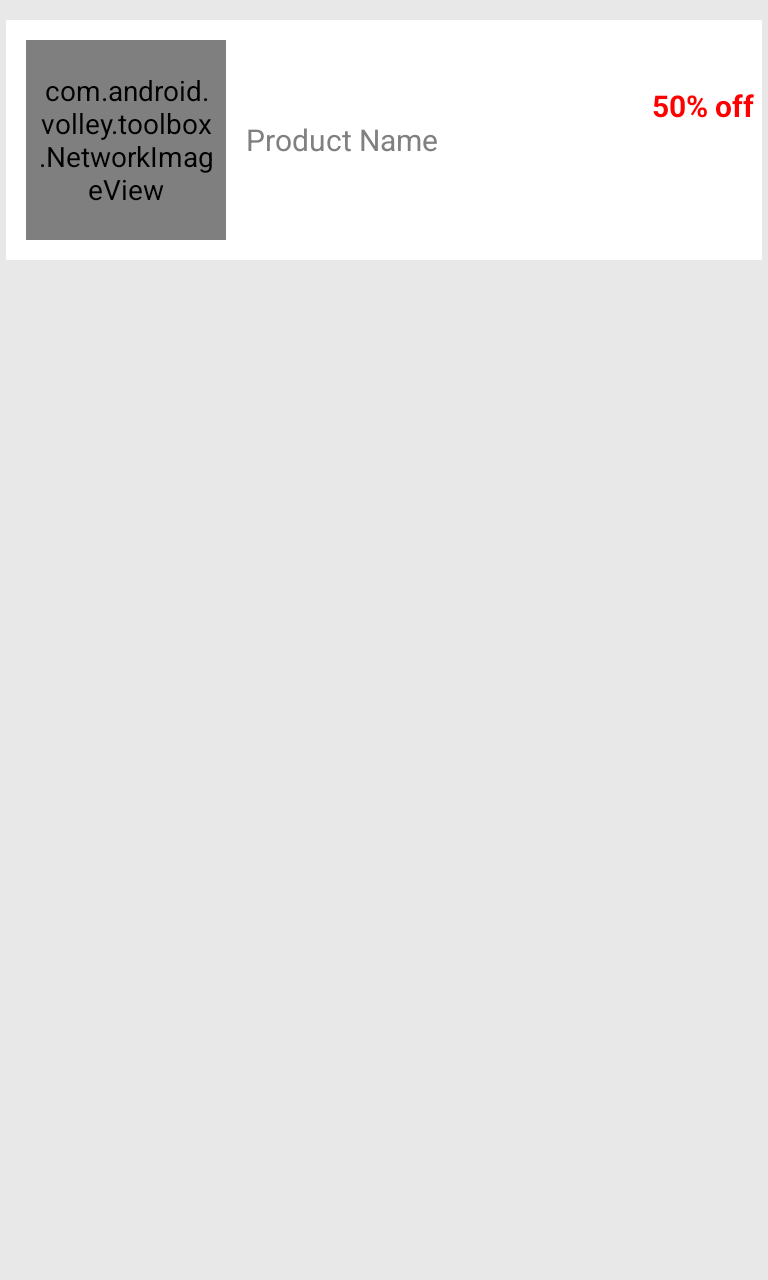
Repository: thisisdemo333/BigDiscount
Layout: BigDiscounts/res/layout/view_lv_search_list.xml
The author's editor kept a copy of each file at every save. The layout is drawn from the files as they stood at one save, then again after the next save.
Pictures or frames that could not be fetched are drawn as grey boxes. It is drawn on a 768 x 1280 px phone screen (xhdpi) without system bars, with theme AppTheme; the app's code is not run.

Above is the layout before, as saved 2015-05-10 16:27:56.

### BigDiscounts/res/layout/view_lv_search_list.xml
<?xml version="1.0" encoding="utf-8"?>
<LinearLayout xmlns:android="http://schemas.android.com/apk/res/android"
    android:layout_width="match_parent"
    android:layout_height="wrap_content"
    android:background="@color/gray_light"
    android:orientation="vertical" >

    <RelativeLayout
        android:id="@+id/relativeLayout"
        android:layout_width="match_parent"
        android:layout_height="wrap_content"
        android:layout_centerVertical="true"
        android:layout_marginBottom="@dimen/margin_3dp"
        android:layout_marginLeft="@dimen/margin_3dp"
        android:layout_marginRight="@dimen/margin_3dp"
        android:layout_marginTop="@dimen/margin_10dp"
        android:background="@color/white" >

        <RelativeLayout
            android:id="@+id/image_loader"
            android:layout_width="wrap_content"
            android:layout_height="wrap_content" >

            <ProgressBar
                android:layout_width="wrap_content"
                android:layout_height="wrap_content"
                android:layout_centerInParent="true" />

            <com.android.volley.toolbox.NetworkImageView
                android:id="@+id/iv_product_image"
                android:layout_width="@dimen/dimen_search_item_image"
                android:layout_height="@dimen/dimen_search_item_image"
                android:layout_margin="@dimen/margin_10dp"
                android:layout_marginLeft="@dimen/margin_10dp"
                android:focusable="false"
                android:focusableInTouchMode="false"
                android:padding="@dimen/margin_5dp"
                android:scaleType="fitXY" />
        </RelativeLayout>

        <TextView
            android:id="@+id/tv_product_name"
            android:layout_width="wrap_content"
            android:layout_height="wrap_content"
            android:layout_marginTop="@dimen/margin_10dp"
            android:layout_toRightOf="@+id/image_loader"
            android:text="Product Name"
            android:textColor="@color/gray"
            android:textSize="@dimen/medium_text_size"
            android:layout_centerVertical="true" />

        <!-- <TextView -->
        <!-- android:id="@+id/tv_product_selling_prise" -->
        <!-- android:layout_width="wrap_content" -->
        <!-- android:layout_height="wrap_content" -->
        <!-- android:layout_below="@+id/tv_product_name" -->
        <!-- android:layout_toRightOf="@+id/image_loader" -->
        <!-- android:text="Rs 2000.00/-" -->
        <!-- android:textColor="@color/gray" -->
        <!-- android:textSize="@dimen/medium_text_size" /> -->


        <!-- <TextView -->
        <!-- android:id="@+id/tv_product_mrp" -->
        <!-- android:layout_width="wrap_content" -->
        <!-- android:layout_height="wrap_content" -->
        <!-- android:layout_below="@+id/tv_product_selling_prise" -->
        <!-- android:layout_toRightOf="@+id/image_loader" -->
        <!-- android:text="50000.00/-" -->
        <!-- android:textColor="@color/gray" -->
        <!-- android:textSize="@dimen/medium_text_size" /> -->

        <TextView
            android:id="@+id/tv_product_offer"
            android:layout_width="wrap_content"
            android:layout_height="wrap_content"
            android:layout_alignParentRight="true"
            android:layout_below="@+id/tv_product_name"
            android:layout_marginRight="@dimen/margin_2dp"
            android:gravity="right"
            android:padding="@dimen/padding_2dp"
            android:text="50% off"
            android:textColor="@color/red"
            android:textSize="@dimen/medium_text_size"
            android:textStyle="bold" />
    </RelativeLayout>

</LinearLayout>

### BigDiscounts/res/values/styles.xml
<resources xmlns:android="http://schemas.android.com/apk/res/android">

    <!--
        Base application theme, dependent on API level. This theme is replaced
        by AppBaseTheme from res/values-vXX/styles.xml on newer devices.


    -->
    <style name="AppBaseTheme" parent="android:Theme.Light">
        <!--
            Theme customizations available in newer API levels can go in
            res/values-vXX/styles.xml, while customizations related to
            backward-compatibility can go here.


        -->
    </style>

    <!-- Application theme. -->
    <style name="AppTheme" parent="AppBaseTheme">

        <!-- All customizations that are NOT specific to a particular API-level can go here. -->
        <item name="android:actionBarStyle">@style/MyActionBar</item>
    </style>

    <!-- Action bar theme. -->
    <style name="MyActionBar" parent="@android:style/Widget.Holo.Light.ActionBar">
        <item name="android:background">@color/RoyalBlue</item>
        <item name="android:titleTextStyle">@style/AppTitle</item>
    </style>

    <!-- App title theme -->
    <style name="AppTitle" parent="@android:style/TextAppearance.Holo.Widget.ActionBar.Title">
        <item name="android:textColor">@color/white</item>
    </style>

</resources>

### BigDiscounts/res/values/colors.xml
<?xml version="1.0" encoding="utf-8"?>
<resources>

    <color name="background">#135493</color>
    <color name="login_color">#d34836</color>
    <color name="actionBar">#2F8DE4</color>
    <color name="white_smoke">#F7F7F7</color>
    <color name="white">#ffffff</color>
    <color name="black">#000000</color>
    <color name="transparent">#00000000</color>
    <color name="main_color_green">#00b863</color>
    <color name="main_color_gray_dk">#3b3b3b</color>
    <color name="main_color_gray_lt">#acacac</color>
    <color name="main_color_gray">#7d7d7d</color>
    <color name="gray_light">#e8e8e8</color>
    <color name="yellow">#FFFF00</color>
    <color name="fuchsia">#FF00FF</color>
    <color name="red">#FF0000</color>
    <color name="silver">#C0C0C0</color>
    <color name="gray">#808080</color>
    <color name="olive">#808000</color>
    <color name="purple">#800080</color>
    <color name="maroon">#800000</color>
    <color name="aqua">#00FFFF</color>
    <color name="lime">#00FF00</color>
    <color name="teal">#008080</color>
    <color name="green">#008000</color>
    <color name="blue">#0000FF</color>
    <color name="navy">#000080</color>
    <color name="White">#FFFFFF</color>
    <color name="Ivory">#FFFFF0</color>
    <color name="LightYellow">#FFFFE0</color>
    <color name="Yellow">#FFFF00</color>
    <color name="Snow">#FFFAFA</color>
    <color name="FloralWhite">#FFFAF0</color>
    <color name="LemonChiffon">#FFFACD</color>
    <color name="Cornsilk">#FFF8DC</color>
    <color name="Seashell">#FFF5EE</color>
    <color name="LavenderBlush">#FFF0F5</color>
    <color name="PapayaWhip">#FFEFD5</color>
    <color name="BlanchedAlmond">#FFEBCD</color>
    <color name="MistyRose">#FFE4E1</color>
    <color name="Bisque">#FFE4C4</color>
    <color name="Moccasin">#FFE4B5</color>
    <color name="NavajoWhite">#FFDEAD</color>
    <color name="PeachPuff">#FFDAB9</color>
    <color name="Gold">#FFD700</color>
    <color name="Pink">#FFC0CB</color>
    <color name="LightPink">#FFB6C1</color>
    <color name="Orange">#FFA500</color>
    <color name="LightSalmon">#FFA07A</color>
    <color name="DarkOrange">#FF8C00</color>
    <color name="Coral">#FF7F50</color>
    <color name="HotPink">#FF69B4</color>
    <color name="Tomato">#FF6347</color>
    <color name="OrangeRed">#FF4500</color>
    <color name="DeepPink">#FF1493</color>
    <color name="Fuchsia">#FF00FF</color>
    <color name="Magenta">#FF00FF</color>
    <color name="Red">#FF0000</color>
    <color name="OldLace">#FDF5E6</color>
    <color name="LightGoldenrodYellow">#FAFAD2</color>
    <color name="Linen">#FAF0E6</color>
    <color name="AntiqueWhite">#FAEBD7</color>
    <color name="Salmon">#FA8072</color>
    <color name="GhostWhite">#F8F8FF</color>
    <color name="MintCream">#F5FFFA</color>
    <color name="WhiteSmoke">#F5F5F5</color>
    <color name="Beige">#F5F5DC</color>
    <color name="Wheat">#F5DEB3</color>
    <color name="SandyBrown">#F4A460</color>
    <color name="Azure">#F0FFFF</color>
    <color name="Honeydew">#F0FFF0</color>
    <color name="AliceBlue">#F0F8FF</color>
    <color name="Khaki">#F0E68C</color>
    <color name="LightCoral">#F08080</color>
    <color name="PaleGoldenrod">#EEE8AA</color>
    <color name="Violet">#EE82EE</color>
    <color name="DarkSalmon">#E9967A</color>
    <color name="Lavender">#E6E6FA</color>
    <color name="LightCyan">#E0FFFF</color>
    <color name="BurlyWood">#DEB887</color>
    <color name="Plum">#DDA0DD</color>
    <color name="Gainsboro">#DCDCDC</color>
    <color name="Crimson">#DC143C</color>
    <color name="PaleVioletRed">#DB7093</color>
    <color name="Goldenrod">#DAA520</color>
    <color name="Orchid">#DA70D6</color>
    <color name="Thistle">#D8BFD8</color>
    <color name="LightGrey">#D3D3D3</color>
    <color name="Tan">#D2B48C</color>
    <color name="Chocolate">#D2691E</color>
    <color name="Peru">#CD853F</color>
    <color name="IndianRed">#CD5C5C</color>
    <color name="MediumVioletRed">#C71585</color>
    <color name="Silver">#C0C0C0</color>
    <color name="DarkKhaki">#BDB76B</color>
    <color name="RosyBrown">#BC8F8F</color>
    <color name="MediumOrchid">#BA55D3</color>
    <color name="DarkGoldenrod">#B8860B</color>
    <color name="FireBrick">#B22222</color>
    <color name="PowderBlue">#B0E0E6</color>
    <color name="LightSteelBlue">#B0C4DE</color>
    <color name="PaleTurquoise">#AFEEEE</color>
    <color name="GreenYellow">#ADFF2F</color>
    <color name="LightBlue">#ADD8E6</color>
    <color name="DarkGray">#A9A9A9</color>
    <color name="Brown">#A52A2A</color>
    <color name="Sienna">#A0522D</color>
    <color name="YellowGreen">#9ACD32</color>
    <color name="DarkOrchid">#9932CC</color>
    <color name="PaleGreen">#98FB98</color>
    <color name="DarkViolet">#9400D3</color>
    <color name="MediumPurple">#9370DB</color>
    <color name="LightGreen">#90EE90</color>
    <color name="DarkSeaGreen">#8FBC8F</color>
    <color name="SaddleBrown">#8B4513</color>
    <color name="DarkMagenta">#8B008B</color>
    <color name="DarkRed">#8B0000</color>
    <color name="BlueViolet">#8A2BE2</color>
    <color name="LightSkyBlue">#87CEFA</color>
    <color name="SkyBlue">#87CEEB</color>
    <color name="Gray">#808080</color>
    <color name="Olive">#808000</color>
    <color name="Purple">#800080</color>
    <color name="Maroon">#800000</color>
    <color name="Aquamarine">#7FFFD4</color>
    <color name="Chartreuse">#7FFF00</color>
    <color name="LawnGreen">#7CFC00</color>
    <color name="MediumSlateBlue">#7B68EE</color>
    <color name="LightSlateGray">#778899</color>
    <color name="SlateGray">#708090</color>
    <color name="OliveDrab">#6B8E23</color>
    <color name="SlateBlue">#6A5ACD</color>
    <color name="DimGray">#696969</color>
    <color name="MediumAquamarine">#66CDAA</color>
    <color name="CornflowerBlue">#6495ED</color>
    <color name="CadetBlue">#5F9EA0</color>
    <color name="DarkOliveGreen">#556B2F</color>
    <color name="Indigo">#4B0082</color>
    <color name="MediumTurquoise">#48D1CC</color>
    <color name="DarkSlateBlue">#483D8B</color>
    <color name="SteelBlue">#4682B4</color>
    <color name="RoyalBlue">#4169E1</color>
    <color name="Turquoise">#40E0D0</color>
    <color name="MediumSeaGreen">#3CB371</color>
    <color name="LimeGreen">#32CD32</color>
    <color name="DarkSlateGray">#2F4F4F</color>
    <color name="SeaGreen">#2E8B57</color>
    <color name="ForestGreen">#228B22</color>
    <color name="LightSeaGreen">#20B2AA</color>
    <color name="DodgerBlue">#1E90FF</color>
    <color name="MidnightBlue">#191970</color>
    <color name="Aqua">#00FFFF</color>
    <color name="Cyan">#00FFFF</color>
    <color name="SpringGreen">#00FF7F</color>
    <color name="Lime">#00FF00</color>
    <color name="MediumSpringGreen">#00FA9A</color>
    <color name="DarkTurquoise">#00CED1</color>
    <color name="DeepSkyBlue">#00BFFF</color>
    <color name="DarkCyan">#008B8B</color>
    <color name="Teal">#008080</color>
    <color name="Green">#008000</color>
    <color name="DarkGreen">#006400</color>
    <color name="Blue">#0000FF</color>
    <color name="MediumBlue">#0000CD</color>
    <color name="DarkBlue">#00008B</color>
    <color name="Navy">#000080</color>
    <color name="Black">#000000</color>
    <color name="carrier_launcher_theme">#AE0000</color>
    <color name="career_header">#AE0000</color>
    <color name="career_background">#373737</color>
    <color name="cancel">#8A8D8B</color>
    <color name="listview_1">#70000000</color>
    <color name="theme">#C91870</color>
    <color name="application_bg">#E9E9E9</color>
    <color name="blue_light">#4074b3</color>
    <color name="gray_dark">#4b4b4b</color>
    <color name="gray_faint">#F7F7F7</color>
    <color name="blue_sky">#01AADE</color>
    <color name="blue_royal">#526DAE</color>
    <color name="Transperent_60black">#99000000</color>

</resources>

### BigDiscounts/res/values-hdpi/dimens.xml
<?xml version="1.0" encoding="utf-8"?>
<resources>

    <!-- Text Size -->
    <dimen name="very_small_text_size">8sp</dimen>
    <dimen name="sub_small_text_size">9sp</dimen>
    <dimen name="small_text_size">10sp</dimen>
    <dimen name="medium_text_size">15sp</dimen>
    <dimen name="large_text_size">25sp</dimen>
    <dimen name="very_large_text_size">35sp</dimen>

    <!-- padding -->
    <dimen name="padding_1dp">1dp</dimen>
    <dimen name="padding_2dp">2dp</dimen>
    <dimen name="padding_3dp">3dp</dimen>
    <dimen name="padding_4dp">4dp</dimen>
    <dimen name="padding_5dp">5dp</dimen>
    <dimen name="padding_6dp">6dp</dimen>
    <dimen name="padding_7dp">7dp</dimen>
    <dimen name="padding_8dp">8dp</dimen>
    <dimen name="padding_9dp">9dp</dimen>
    <dimen name="padding_10dp">10dp</dimen>
    <dimen name="padding_15dp">15dp</dimen>
    <dimen name="padding_20dp">20dp</dimen>
    <dimen name="padding_25dp">25dp</dimen>
    <dimen name="padding_30dp">30dp</dimen>
    <dimen name="padding_40dp">40dp</dimen>

    <!-- Margin -->
    <dimen name="margin_1dp">1dp</dimen>
    <dimen name="margin_2dp">2dp</dimen>
    <dimen name="margin_3dp">3dp</dimen>
    <dimen name="margin_4dp">4dp</dimen>
    <dimen name="margin_5dp">5dp</dimen>
    <dimen name="margin_6dp">6dp</dimen>
    <dimen name="margin_7dp">7dp</dimen>
    <dimen name="margin_8dp">8dp</dimen>
    <dimen name="margin_9dp">9dp</dimen>
    <dimen name="margin_10dp">10dp</dimen>
    <dimen name="margin_15dp">15dp</dimen>
    <dimen name="margin_20dp">20dp</dimen>
    <dimen name="margin_25dp">25dp</dimen>
    <dimen name="margin_30dp">30dp</dimen>

    <!-- Imageview Category Dimen -->
    <dimen name="imv_category_dimen">40dp</dimen>

    <!-- Category Fragment dimen -->
    <dimen name="dimen_hotdeals_listview">165dp</dimen>
    <dimen name="dimen_view_pager">165dp</dimen>
    <dimen name="dimen_hot_deals_image">165dp</dimen>
    <dimen name="dimen_product_image">165dp</dimen>

    <!-- Search Item Image dimen -->
    <dimen name="dimen_search_item_image">100dp</dimen>

    <!-- Advertise Screen Dimen -->
    <dimen name="dimen_advetise_viewpager">200dp</dimen>
    <dimen name="dimen_advertise_horizontal_listview">100dp</dimen>
    <dimen name="dimen_advertise_call_image">40dp</dimen>
    <dimen name="dimen_advertise_sms_image">40dp</dimen>
    <dimen name="dimen_advertise_pager_addres">100dp</dimen>

</resources>

### BigDiscounts/res/values-mdpi/dimens.xml
<?xml version="1.0" encoding="utf-8"?>
<resources>

    <!-- Text Size -->
    <dimen name="very_small_text_size">8sp</dimen>
    <dimen name="sub_small_text_size">9sp</dimen>
    <dimen name="small_text_size">10sp</dimen>
    <dimen name="medium_text_size">15sp</dimen>
    <dimen name="large_text_size">25sp</dimen>
    <dimen name="very_large_text_size">35sp</dimen>

    <!-- padding -->
    <dimen name="padding_1dp">1dp</dimen>
    <dimen name="padding_2dp">2dp</dimen>
    <dimen name="padding_3dp">3dp</dimen>
    <dimen name="padding_4dp">4dp</dimen>
    <dimen name="padding_5dp">5dp</dimen>
    <dimen name="padding_6dp">6dp</dimen>
    <dimen name="padding_7dp">7dp</dimen>
    <dimen name="padding_8dp">8dp</dimen>
    <dimen name="padding_9dp">9dp</dimen>
    <dimen name="padding_10dp">10dp</dimen>
    <dimen name="padding_15dp">15dp</dimen>
    <dimen name="padding_20dp">20dp</dimen>
    <dimen name="padding_25dp">25dp</dimen>
    <dimen name="padding_30dp">30dp</dimen>
    <dimen name="padding_40dp">40dp</dimen>

    <!-- Margin -->
    <dimen name="margin_1dp">1dp</dimen>
    <dimen name="margin_2dp">2dp</dimen>
    <dimen name="margin_3dp">3dp</dimen>
    <dimen name="margin_4dp">4dp</dimen>
    <dimen name="margin_5dp">5dp</dimen>
    <dimen name="margin_6dp">6dp</dimen>
    <dimen name="margin_7dp">7dp</dimen>
    <dimen name="margin_8dp">8dp</dimen>
    <dimen name="margin_9dp">9dp</dimen>
    <dimen name="margin_10dp">10dp</dimen>
    <dimen name="margin_15dp">15dp</dimen>
    <dimen name="margin_20dp">20dp</dimen>
    <dimen name="margin_25dp">25dp</dimen>
    <dimen name="margin_30dp">30dp</dimen>

    <!-- Imageview Category Dimen -->
    <dimen name="imv_category_dimen">35dp</dimen>

    <!-- Category Fragment dimen -->
    <dimen name="dimen_hotdeals_listview">150dp</dimen>
    <dimen name="dimen_view_pager">150dp</dimen>
    <dimen name="dimen_hot_deals_image">150dp</dimen>
    <dimen name="dimen_product_image">150dp</dimen>

    <!-- Search Item Image dimen -->
    <dimen name="dimen_search_item_image">100dp</dimen>

    <!-- Advertise Screen Dimen -->
    <dimen name="dimen_advetise_viewpager">200dp</dimen>
    <dimen name="dimen_advertise_horizontal_listview">100dp</dimen>
    <dimen name="dimen_advertise_call_image">40dp</dimen>
    <dimen name="dimen_advertise_sms_image">40dp</dimen>
    <dimen name="dimen_advertise_pager_addres">100dp</dimen>

</resources>

### BigDiscounts/res/values-xhdpi/dimens.xml
<?xml version="1.0" encoding="utf-8"?>
<resources>

    <!-- Text Size -->
    <dimen name="very_small_text_size">8sp</dimen>
    <dimen name="sub_small_text_size">9sp</dimen>
    <dimen name="small_text_size">10sp</dimen>
    <dimen name="medium_text_size">15sp</dimen>
    <dimen name="large_text_size">25sp</dimen>
    <dimen name="very_large_text_size">35sp</dimen>

    <!-- padding -->
    <dimen name="padding_1dp">1dp</dimen>
    <dimen name="padding_2dp">2dp</dimen>
    <dimen name="padding_3dp">3dp</dimen>
    <dimen name="padding_4dp">4dp</dimen>
    <dimen name="padding_5dp">5dp</dimen>
    <dimen name="padding_6dp">6dp</dimen>
    <dimen name="padding_7dp">7dp</dimen>
    <dimen name="padding_8dp">8dp</dimen>
    <dimen name="padding_9dp">9dp</dimen>
    <dimen name="padding_10dp">10dp</dimen>
    <dimen name="padding_15dp">15dp</dimen>
    <dimen name="padding_20dp">20dp</dimen>
    <dimen name="padding_25dp">25dp</dimen>
    <dimen name="padding_30dp">30dp</dimen>
    <dimen name="padding_40dp">40dp</dimen>

    <!-- Margin -->
    <dimen name="margin_1dp">1dp</dimen>
    <dimen name="margin_2dp">2dp</dimen>
    <dimen name="margin_3dp">3dp</dimen>
    <dimen name="margin_4dp">4dp</dimen>
    <dimen name="margin_5dp">5dp</dimen>
    <dimen name="margin_6dp">6dp</dimen>
    <dimen name="margin_7dp">7dp</dimen>
    <dimen name="margin_8dp">8dp</dimen>
    <dimen name="margin_9dp">9dp</dimen>
    <dimen name="margin_10dp">10dp</dimen>
    <dimen name="margin_15dp">15dp</dimen>
    <dimen name="margin_20dp">20dp</dimen>
    <dimen name="margin_25dp">25dp</dimen>
    <dimen name="margin_30dp">30dp</dimen>

    <!-- Imageview Category Dimen -->
    <dimen name="imv_category_dimen">45dp</dimen>

    <!-- Category Fragment dimen -->
    <dimen name="dimen_hotdeals_listview">165dp</dimen>
    <dimen name="dimen_view_pager">165dp</dimen>
    <dimen name="dimen_hot_deals_image">165dp</dimen>
    <dimen name="dimen_product_image">165dp</dimen>


    <!-- Search Item Image dimen -->
    <dimen name="dimen_search_item_image">100dp</dimen>

    <!-- Advertise Screen Dimen -->
    <dimen name="dimen_advetise_viewpager">200dp</dimen>
    <dimen name="dimen_advertise_horizontal_listview">100dp</dimen>
    <dimen name="dimen_advertise_call_image">40dp</dimen>
    <dimen name="dimen_advertise_sms_image">40dp</dimen>
    <dimen name="dimen_advertise_pager_addres">100dp</dimen>

</resources>

Loaded but not shown: BigDiscounts/res/values-v11/styles.xml (common file); BigDiscounts/res/values-v14/styles.xml (common file)

After the next save:
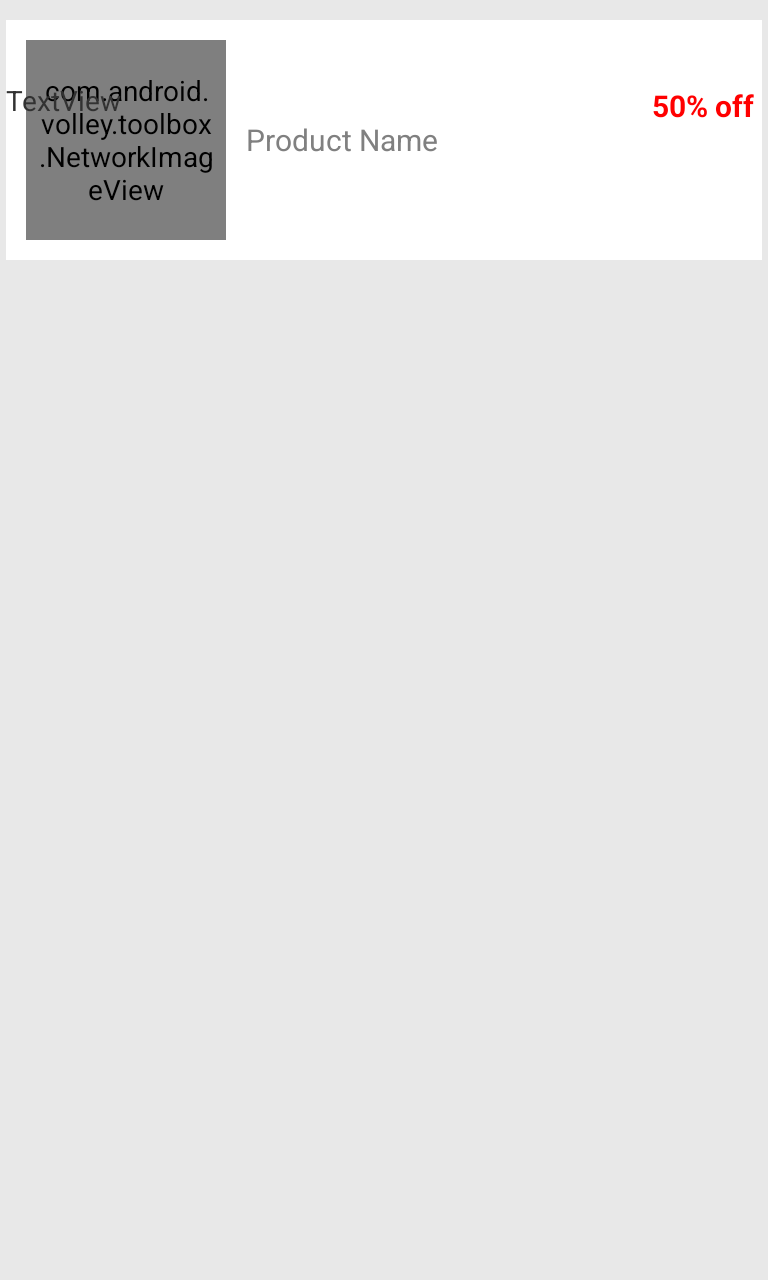
Saved 48 s later.
--- a/BigDiscounts/res/layout/view_lv_search_list.xml
+++ b/BigDiscounts/res/layout/view_lv_search_list.xml
@@ -83,6 +83,14 @@
             android:textColor="@color/red"
             android:textSize="@dimen/medium_text_size"
             android:textStyle="bold" />
+
+        <TextView
+            android:id="@+id/textView1"
+            android:layout_width="wrap_content"
+            android:layout_height="wrap_content"
+            android:layout_below="@+id/tv_product_name"
+            android:text="TextView" />
+
     </RelativeLayout>
 
 </LinearLayout>
